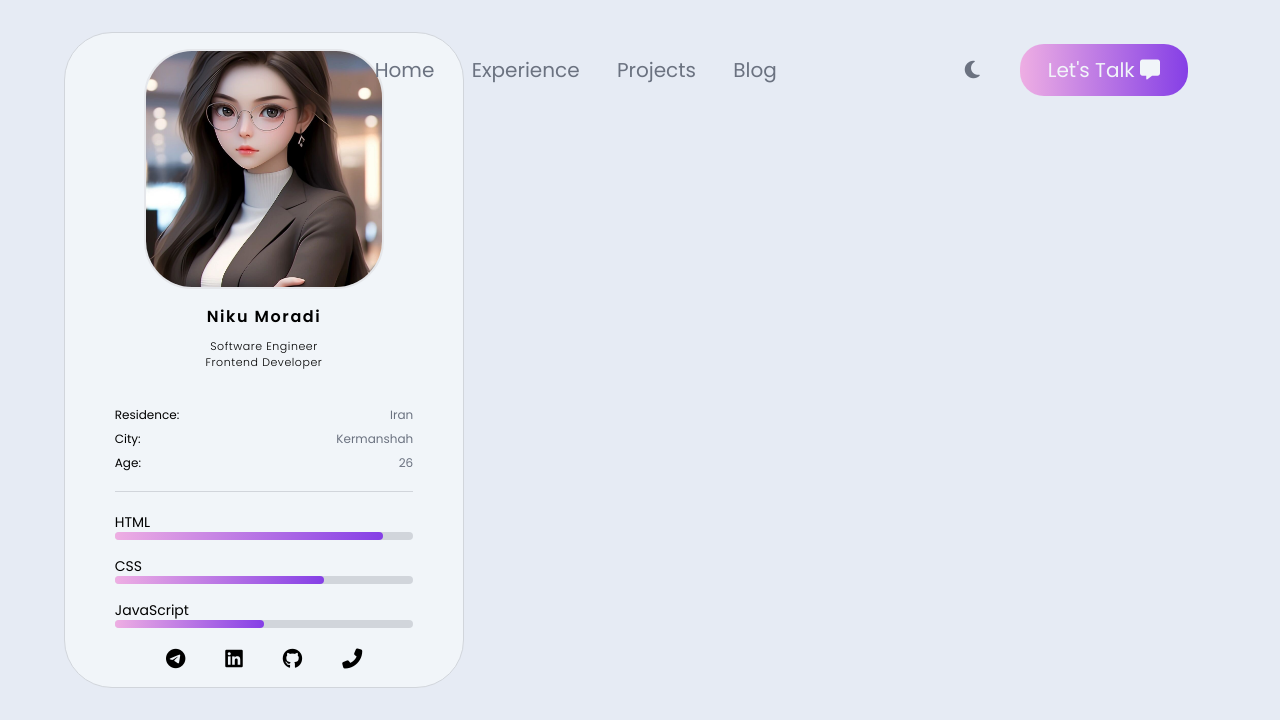
Repository: NikuMoradi/niku-moradi
Page: /
The author's editor kept a copy of each file at every save. The page is drawn from the files as they stood at one save, then again after the next save.
The browser window is 1280 px wide. The pictures show the whole page.
The project was rebuilt for these pictures with package versions that can differ from the ones it lists, and the page was loaded fresh each time. The framework's server and built-in components were replaced by stand-ins that run in the browser. Also part of the build but not shown: nuxt.config.ts, components/Blog Posts/Component-Design.vue, components/Blog.vue, components/Contact.vue, components/Education.vue, components/Experience.vue, components/Hero.vue, components/Menu.vue and 3 more.

Above is the page before, as saved 2024-12-01 12:03:41.

After the next save:
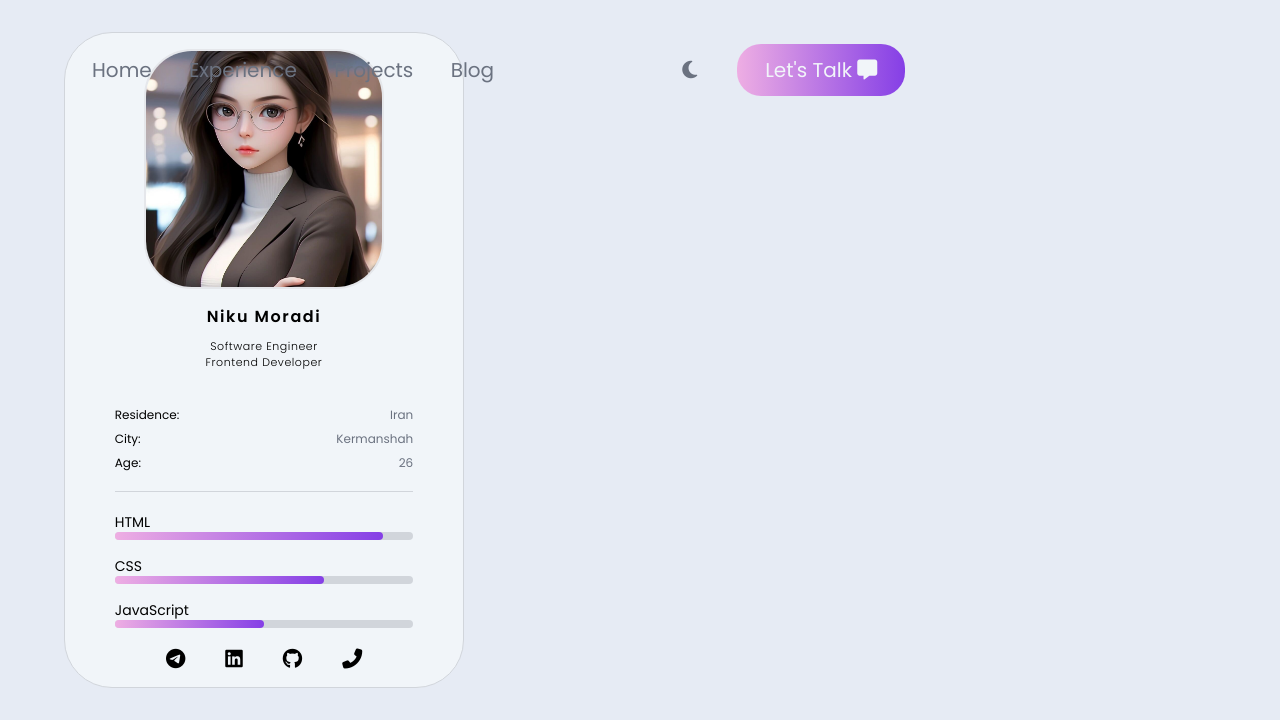
Saved 19 s later.
--- a/components/Navbar.vue
+++ b/components/Navbar.vue
@@ -1,6 +1,6 @@
 <template>
   <div
-    class="flex items-center justify-between px-3 py-1 space-x-12 fixed top-10 right-20 w-2/3"
+    class="flex items-center justify-between px-3 py-1 space-x-12 fixed top-10 right-15 w-2/3"
   >
     <!-- Menu Buttons -->
     <div>
